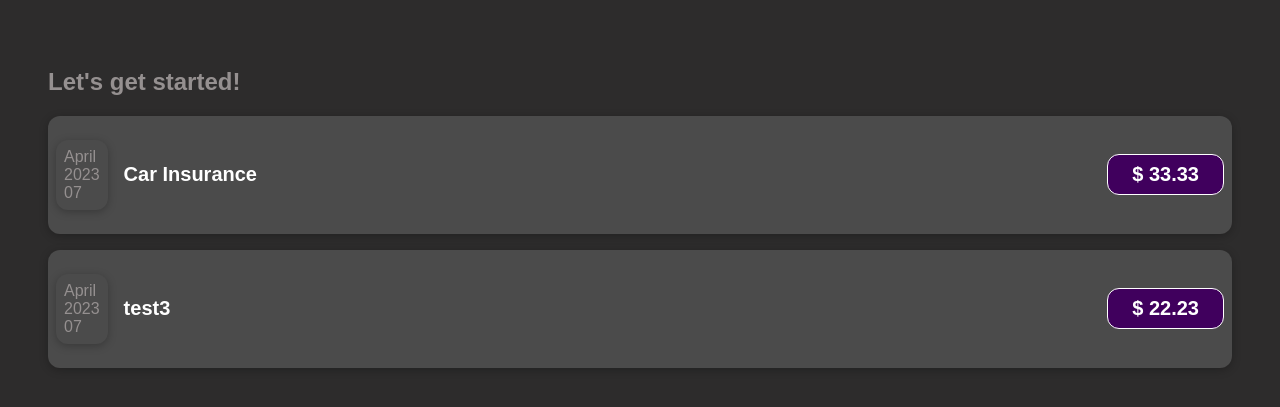
Repository: andresmazza/react-lesson
Page: /
An editor plug-in stored every save of this project. The page is shown before and after the next save, followed by the edit.
The browser window is 1280 px wide. The pictures show the whole page.
The project was rebuilt for these pictures with package versions that can differ from the ones it lists, and the page was loaded fresh each time. Also part of the build but not shown: src/App.css.

Above is the page before, as saved 2023-04-08 00:19:10.

After the next save:
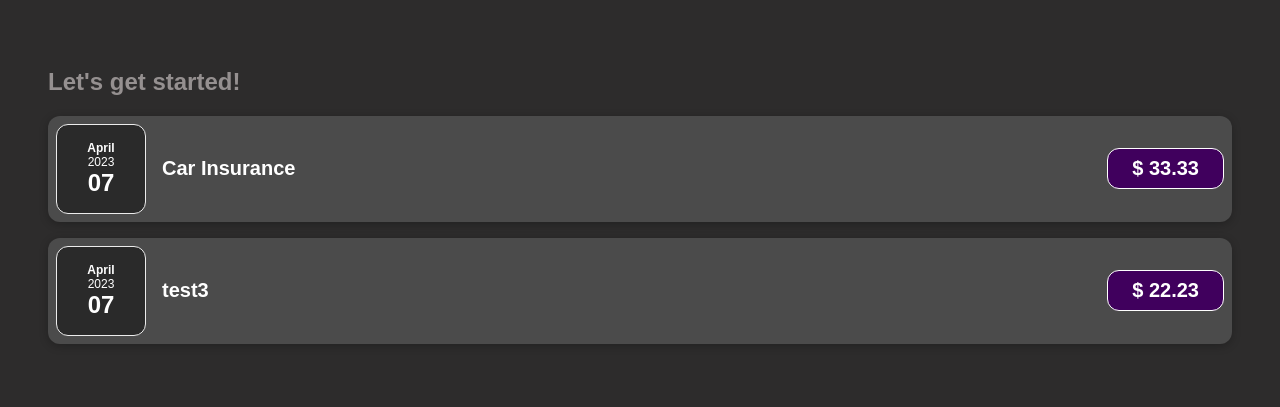
Saved 96 s later.
--- a/src/components/ExpenseDate.js
+++ b/src/components/ExpenseDate.js
@@ -5,12 +5,10 @@ function ExpenseDate(props) {
     const day = props.date.toLocaleString('en-US',{ day: '2-digit'});
     const year = props.date.getFullYear();
     return (
-      <div className='expense-item'>
-        <div>
-            <div>{month}</div>
-            <div>{year}</div>
-            <div>{day}</div>
-        </div>
+      <div className='expense-date'>
+            <div className='expense-date__month'>{month}</div>
+            <div className='expense-date__year'>{year}</div>
+            <div className='expense-date__day'>{day}</div>
       </div>
     );
   }
